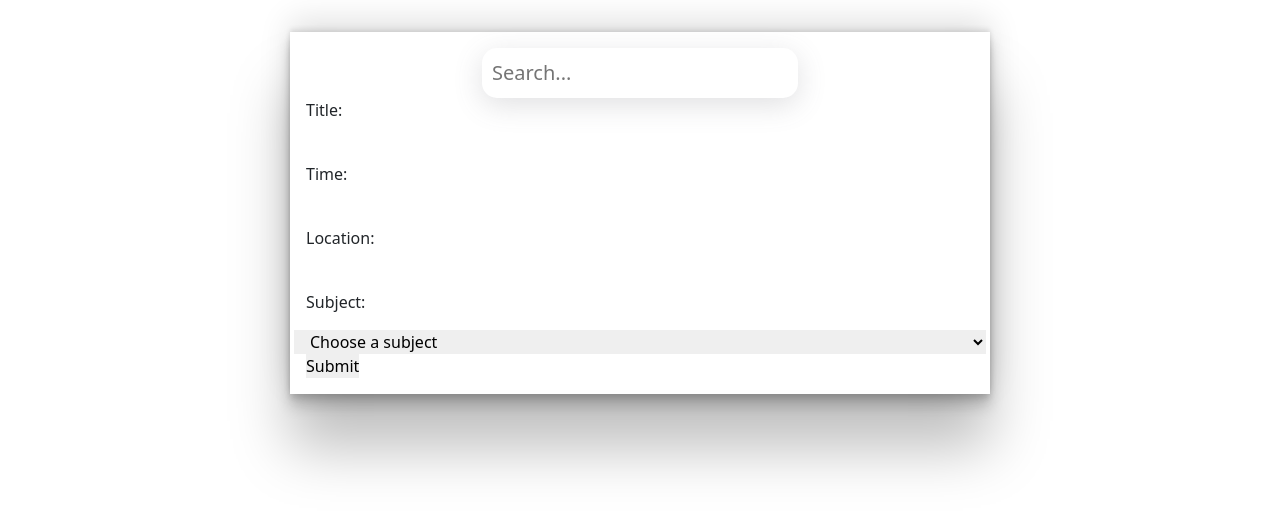
Repository: Omk1/RUStudy
Page: /
The author's editor kept a copy of each file at every save. The page is drawn from the files as they stood at one save, then again after the next save.
The browser window is 1280 px wide. The pictures show the whole page.
The page's requests for data from a server got no answer. The project was rebuilt for these pictures with package versions that can differ from the ones it lists, and the page was loaded fresh each time. No one was signed in, and anything a server would have sent is missing. Also part of the build but not shown: src/Table.js, src/custom.scss.

Above is the page before, as saved 2023-10-08 08:50:56.

After the next save:
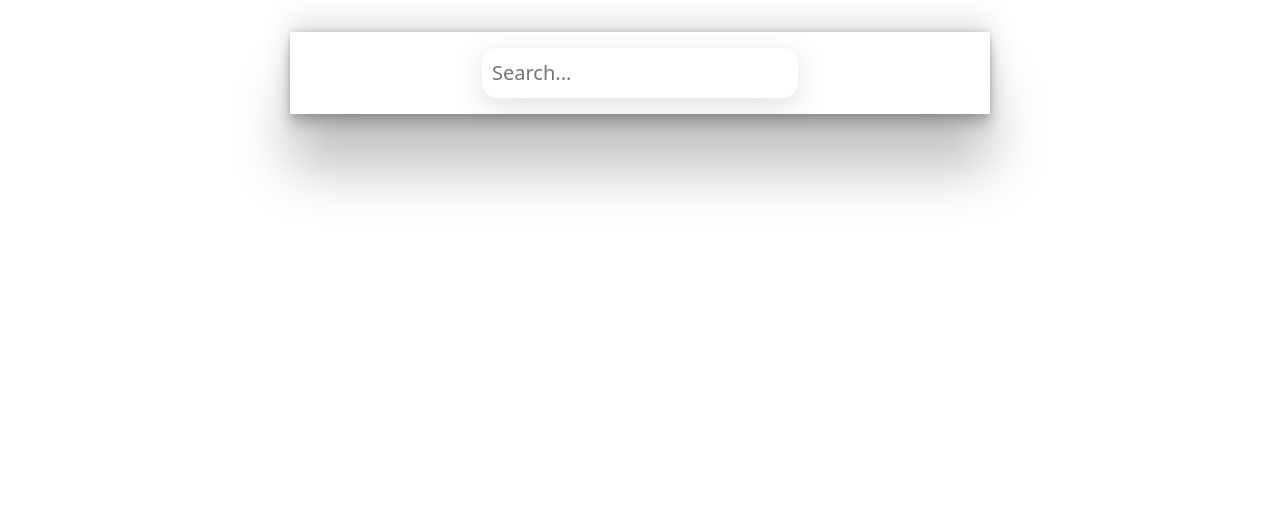
Saved 21 min 45 s later.
--- a/src/App.js
+++ b/src/App.js
@@ -53,31 +53,7 @@ function App() {
           placeholder="Search..."
           className="search"
           onChange={e=> setQuery(e.target.value.toLowerCase())}/>
-        <form>
-          <Row>
-            <label>Title: </label>
-            <input type="text" value={title} onChange={(e) => setTitle(e.target.value)}></input>
-          </Row>
-          <Row>
-            <label>Time: </label>
-            <input type="text" value={time} onChange={(e) => setTime(e.target.value)}></input>
-          </Row>
-          <Row>
-            <label>Location: </label>
-            <input type="text" value={loc} onChange={(e) => setLoc(e.target.value)}></input>
-          </Row>
-          <Row>
-            <label>Subject: </label>
-            <select value={tag} onChange={(e) => setTag(e.target.value)}>
-                <option value="" className="gray">Choose a subject</option>
-                <option value="Mathematics">Mathematics</option>
-                <option value="Science">Science</option>
-                <option value="Economics">Economics</option>
-                <option value="Business">Business</option>
-            </select>
-          </Row>
-          <button className="submit" onClick={()=>writeToDatabase(title, time, loc, tag, setTitle, setTime, setLoc, setTag)}>Submit</button>
-        </form>
+
           {
             search(groups).map((data) => (
                 <Table title={data.title}
